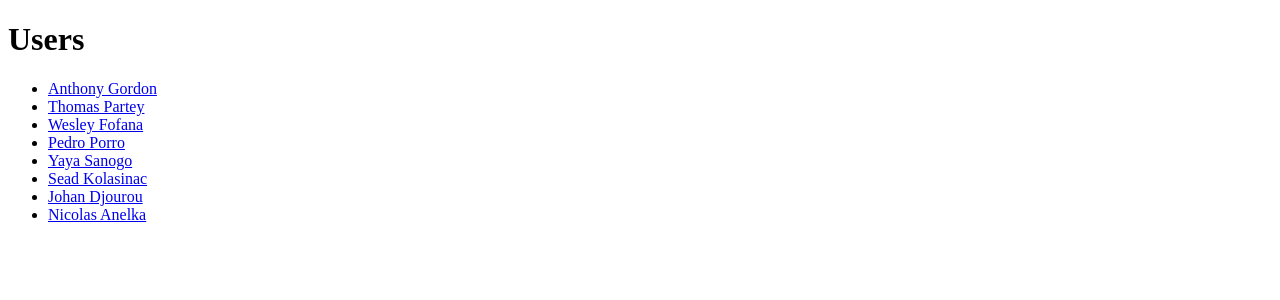
Repository: NotVS/Django-project1
Page: http://localhost/users/
The author's editor kept a copy of each file at every save. The page is drawn from the files as they stood at one save, then again after a run of saves.
The browser window is 1280 px wide. The pictures show the whole page.
The page is served by the project's application, run on Django 5.2 (manage.py). The page reads the database file committed with the project.

Above is the page before, as saved 2025-07-01 12:00:53.

After the next 5 saves:
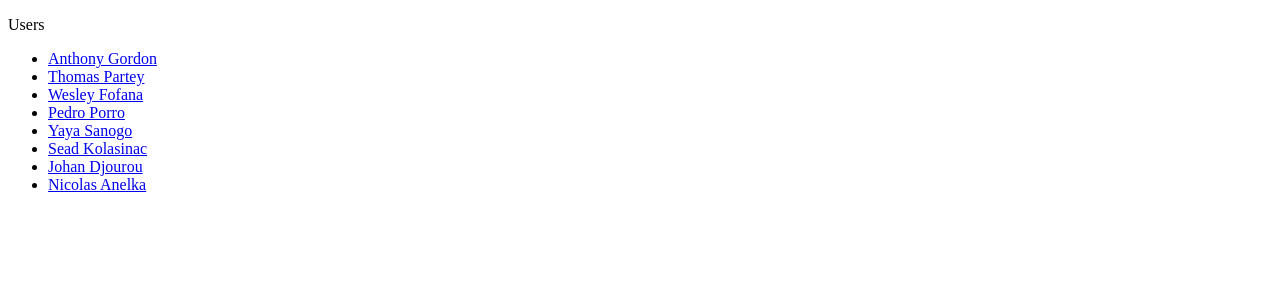
The 5 saves are shown as one change because they came seconds apart.
The last was saved 119 s later.
--- a/users/templates/all_users.html
+++ b/users/templates/all_users.html
@@ -5,6 +5,9 @@
 {% endblock %}
 
 {% block content %}
+    <p><a
+
+
     <h1>Users</h1>
 
     <ul>
